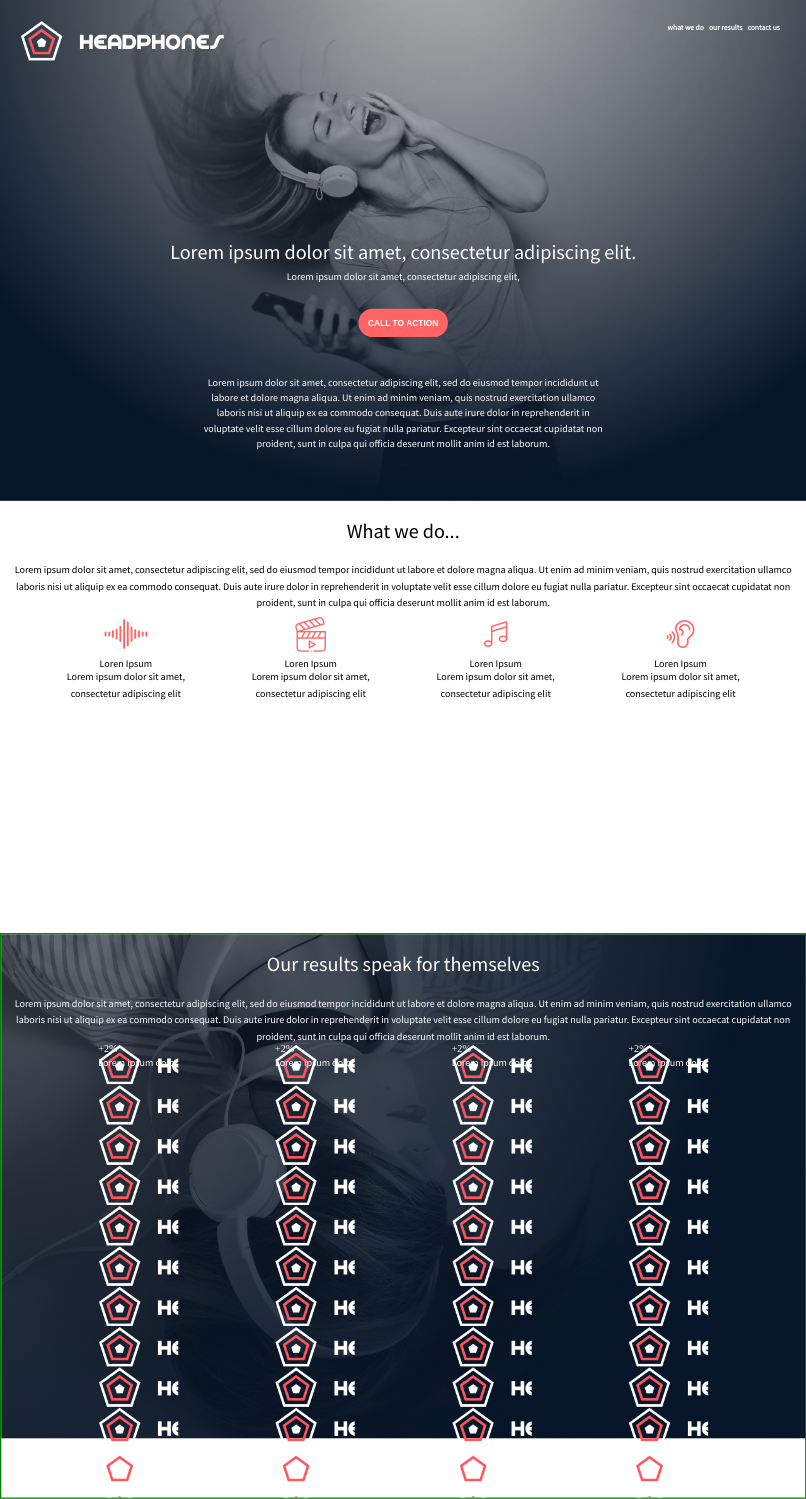
Repository: seleniadelgado/holbertonschool-web_front_end
Page: 0x09-implement_a_design_from_scratch/2-index.html
An editor plug-in stored every save of this project. The page is shown before and after the next save, followed by the edit.
The browser window is 1280 px wide. The pictures show the whole page, at 63% of full size.

Above is the page before, as saved 2020-03-23 12:32:08.

After the next save:
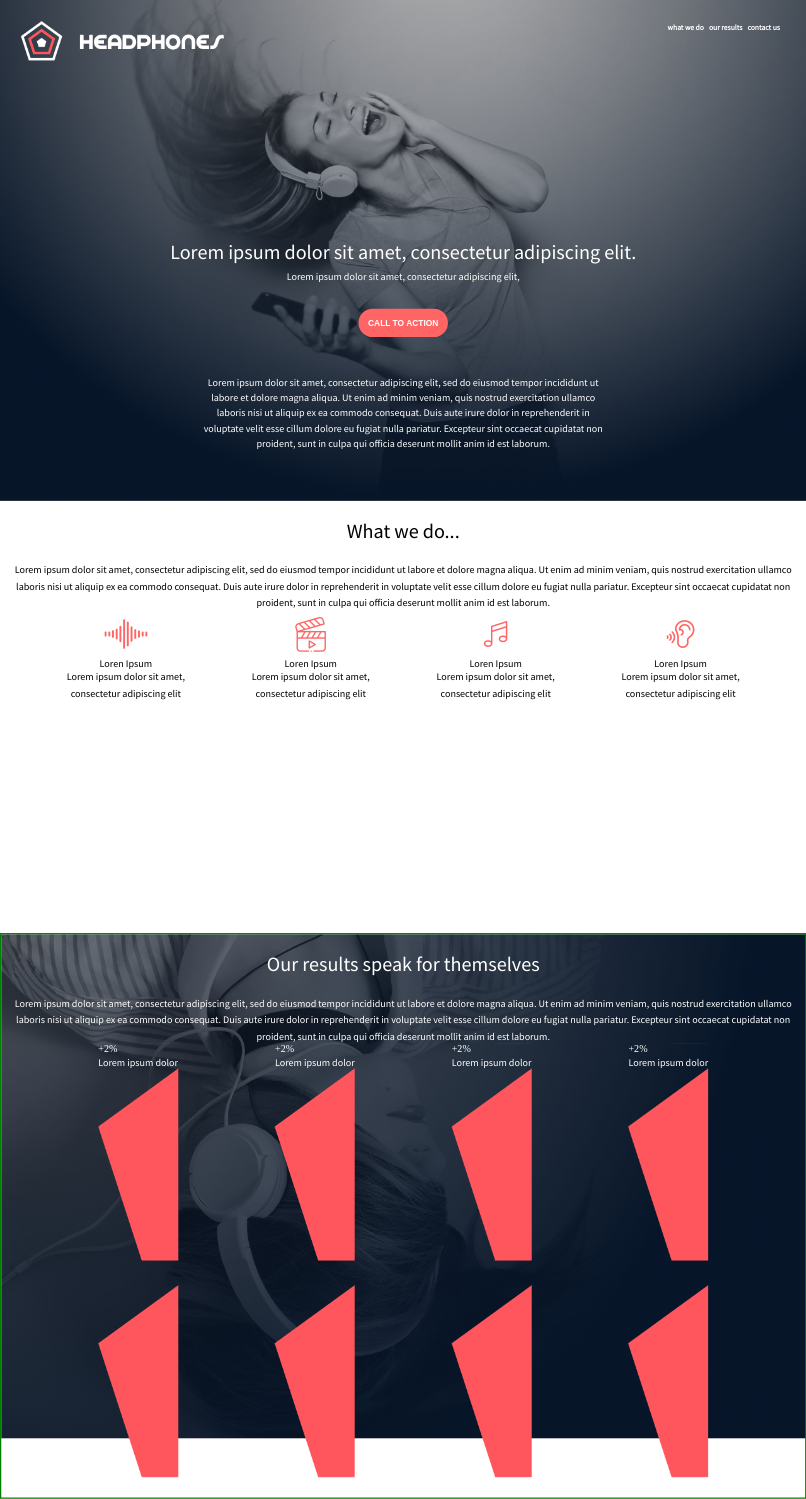
Saved 6 s later.
--- a/0x09-implement_a_design_from_scratch/2-styles.css
+++ b/0x09-implement_a_design_from_scratch/2-styles.css
@@ -327,6 +327,6 @@ a:hover, a:active {
     transform: translate(-50%, -50%);
 }
 #our-results .grid .component {
-    background-image: url(images/logo_headphones.png);
-
-}
+    background-image: url(images/pentagone.png);
+
+}
